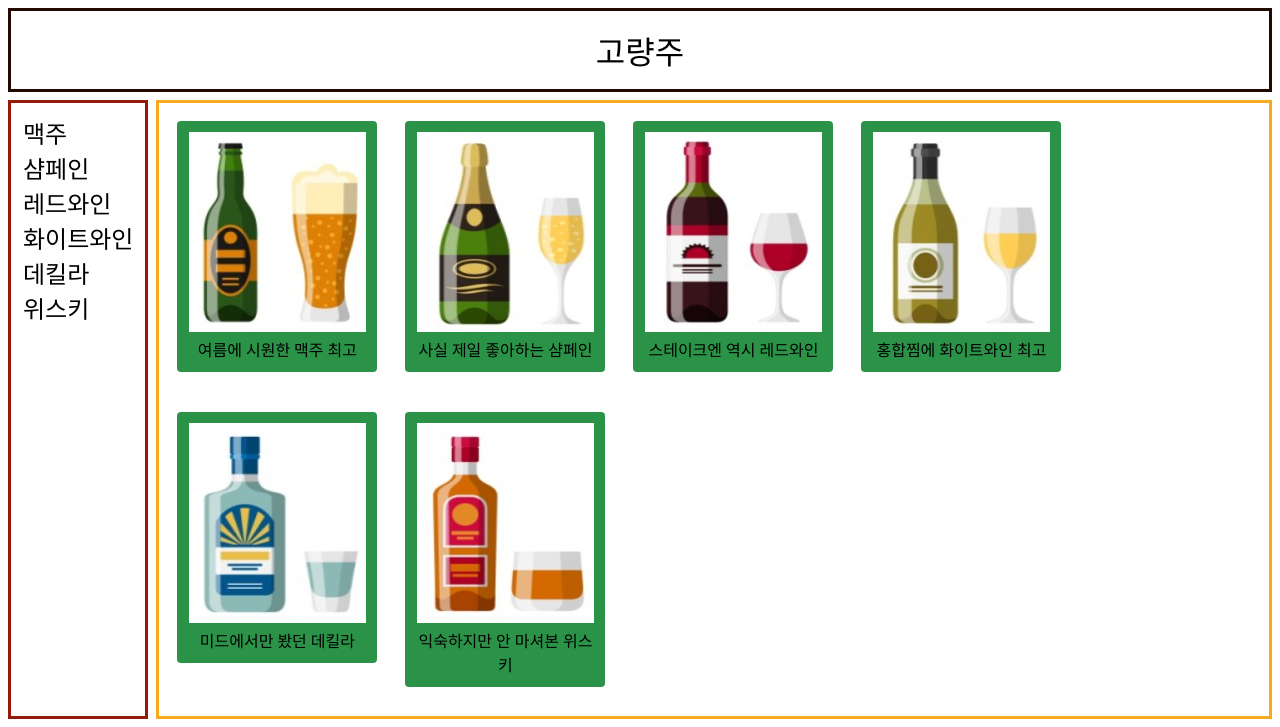
Repository: Jay-JYKim91/grj_2nd_week
Page: index.html
An editor plug-in stored every save of this project. The page is shown before and after the next save, followed by the edit.
The browser window is 1280 px wide. The pictures show the whole page.
Some web fonts or font styles are not loaded; a fallback is used.

Above is the page before, as saved 2022-05-03 15:07:35.

After the next save:
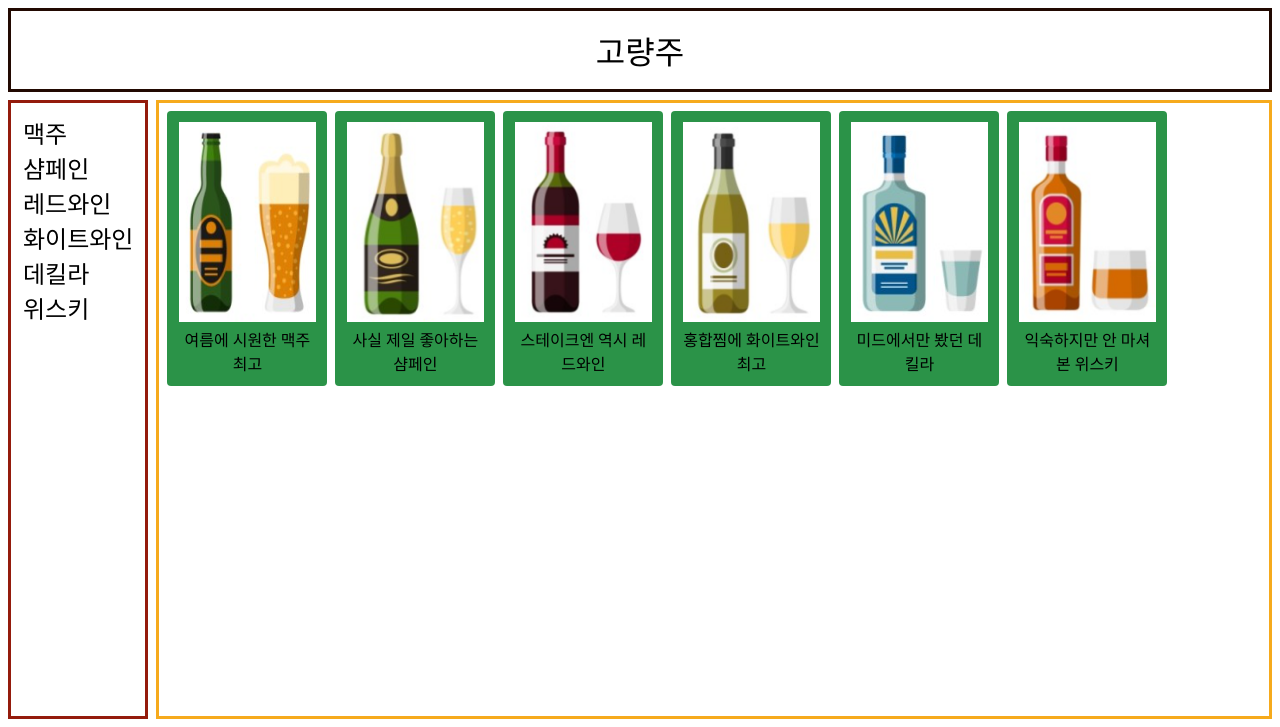
Saved 106 s later.
--- a/styles.css
+++ b/styles.css
@@ -46,9 +46,7 @@ aside {
   text-align: center;
   height: fit-content;
   border-radius: 4px;
-
-  width: 200px;
-  margin: 10px;
+  width: 10rem;
 }
 
 .card img {
